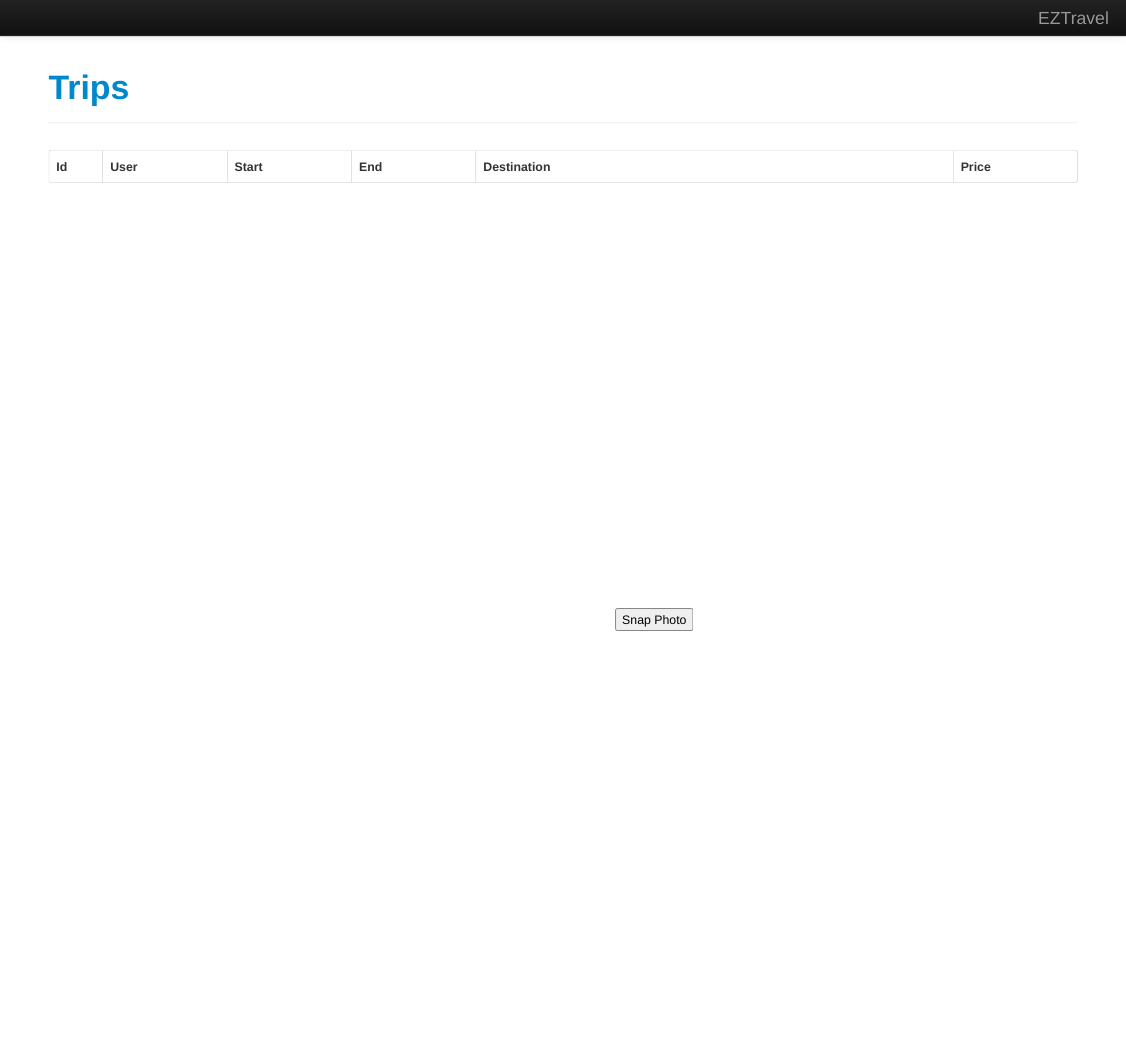
Repository: ingvildodegard/CoDrive
Page: client/index.html
The author's editor kept a record of every edit. The page is drawn from the files as they stood at one moment, then again after the next edit.
The browser window is 1280 px wide. The pictures show the whole page, at 88% of full size.

Above is the page before.

After the next edit:
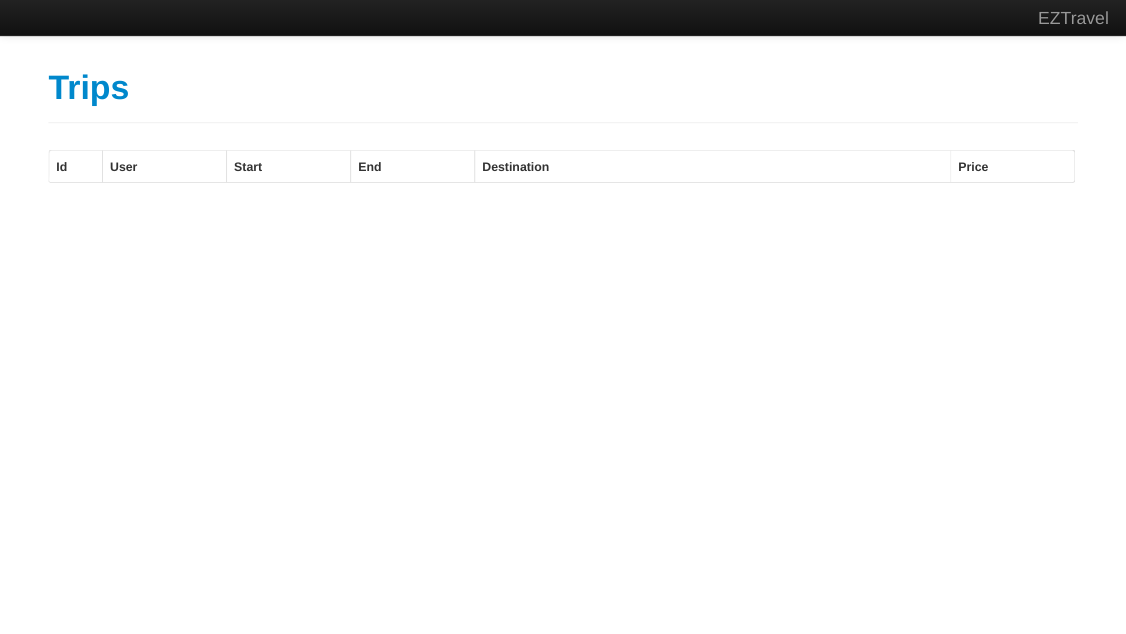
The edit:
--- a/client/index.html
+++ b/client/index.html
@@ -93,10 +93,6 @@
             </tbody>
           </table>
 
-          <video id="video" width="640" height="480" autoplay></video>
-          <button id="snap">Snap Photo</button>
-          <canvas id="canvas" width="640" height="480"></canvas>
-
 </script>
     <script src="/js/jquery.min.js"></script>
     <script src="/js/bootstrap.min.js"></script>
